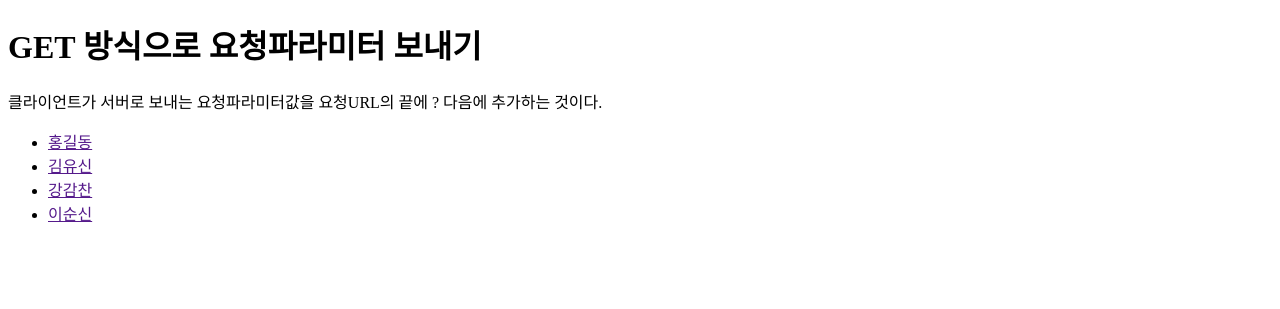
Repository: onuo77/ja_HTA
Page: http://localhost/sample/req/demo3.jsp
These files come from the project's save history. The page is drawn as it stood at one moment and after the next save; the edit follows.
The browser window is 1280 px wide. The pictures show the whole page.
The page is served by Tomcat 9.

Above is the page before, as saved 2021-05-20 02:36:52.

After the next save:
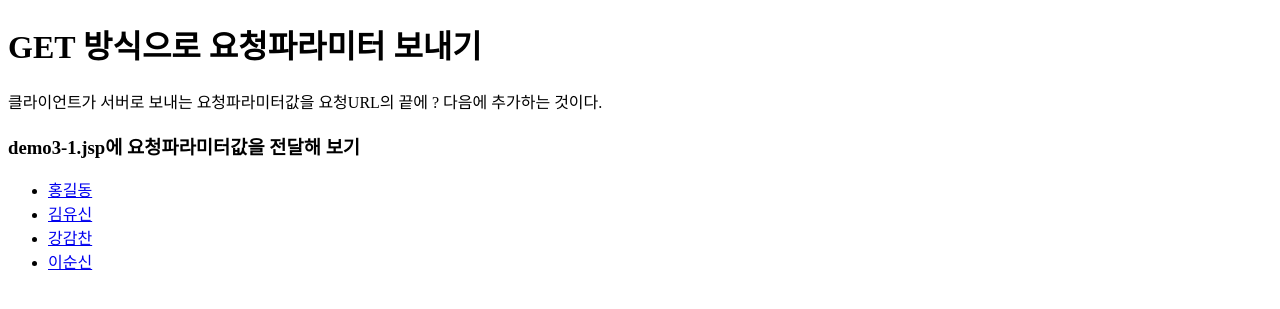
Saved 100 s later.
--- a/java-web/sample/src/main/webapp/req/demo3.jsp
+++ b/java-web/sample/src/main/webapp/req/demo3.jsp
@@ -10,13 +10,14 @@
 	<h1>GET 방식으로 요청파라미터 보내기</h1>
 	<p>
 		클라이언트가 서버로 보내는 요청파라미터값을 요청URL의 끝에 ? 다음에 추가하는 것이다.
+	</p>
 
-	</p>
+	<h3>demo3-1.jsp에 요청파라미터값을 전달해 보기</h3>
 	<ul>
-		<li><a href="">홍길동</a></li>
-		<li><a href="">김유신</a></li>
-		<li><a href="">강감찬</a></li>
-		<li><a href="">이순신</a></li>
+		<li><a href="demo3-1.jsp?id=hong">홍길동</a></li>
+		<li><a href="demo3-1.jsp?id=kim">김유신</a></li>
+		<li><a href="demo3-1.jsp?id=kang">강감찬</a></li>
+		<li><a href="demo3-1.jsp?id=lee">이순신</a></li>
 	</ul>
 </body>
 </html>
